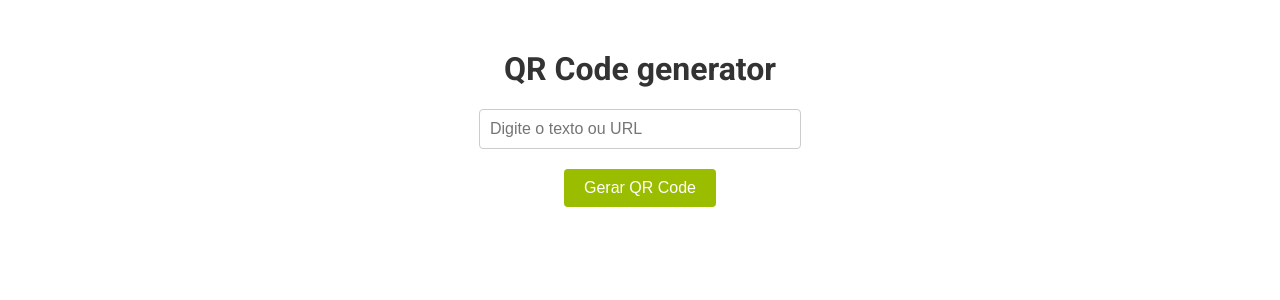
Repository: lenx0/QRCode-generator
Page: /
The author's editor kept a copy of each file at every save. The page is drawn from the files as they stood at one save, then again after the next save.
The browser window is 1280 px wide. The pictures show the whole page.
The project was rebuilt for these pictures with package versions that can differ from the ones it lists, and the page was loaded fresh each time. Also part of the build but not shown: vite.config.ts.

Above is the page before, as saved 2024-06-21 12:43:09.

### index.html
<!doctype html>
<html lang="en">
  <head>
    <meta charset="UTF-8" />
    <link rel="icon" type="image/svg+xml" href="/vite.svg" />
    <meta name="viewport" content="width=device-width, initial-scale=1.0" />
    <link href="https://fonts.googleapis.com/css2?family=Roboto:wght@400;700&display=swap" rel="stylesheet">

    <title>Vite + React + TS</title>
  </head>
  <body>
    <div id="root"></div>
    <script type="module" src="/src/main.tsx"></script>
  </body>
</html>

### src/App.tsx
import QRCode from "./QRCode"
import "./App.css"

function App() {
  return (
    <QRCode />
  )
}

export default App

### src/QRCode.tsx
import React, { useState, ChangeEvent } from 'react';
import QRCode from 'qrcode.react';

const QRCodeGenerator: React.FC = () => {
  const [inputText, setInputText] = useState<string>('');
  const [qrCodeValue, setQrCodeValue] = useState<string>('');

  const handleChange = (e: ChangeEvent<HTMLInputElement>) => {
    setInputText(e.target.value);
  };

  const generateQRCode = () => {
    setQrCodeValue(inputText);
  };

  return (
    <div style={{ textAlign: 'center', marginTop: '50px' }}>
      <h1>QR Code generator</h1>
      <input
        type="text"
        value={inputText}
        onChange={handleChange}
        placeholder="Digite o texto ou URL"
        style={{ padding: '10px', width: '300px', marginBottom: '20px' }}
      />
      <br />
      <button onClick={generateQRCode} style={{ padding: '10px 20px', cursor: 'pointer' }}>
        Gerar QR Code
      </button>
      <div style={{ marginTop: '30px' }}>
        {qrCodeValue && <QRCode value={qrCodeValue} />}
      </div>
    </div>
  );
};

export default QRCodeGenerator;

### src/App.css
body {
  font-family: 'Roboto', sans-serif;
}

.App {
  display: flex;
  justify-content: center;
  align-items: center;
  height: 100vh;
  background-color: #f0f0f0;
}

h1 {
  color: #333;
}

input {
  font-size: 16px;
  border: 1px solid #ccc;
  border-radius: 4px;
}

button {
  font-size: 16px;
  border: none;
  border-radius: 4px;
  background-color: #9abd00;
  color: white;
}

button:hover {
  background-color: #0056b3;
}

Loaded but not shown: src/main.tsx (common file); src/index.css (common file)

After the next save:
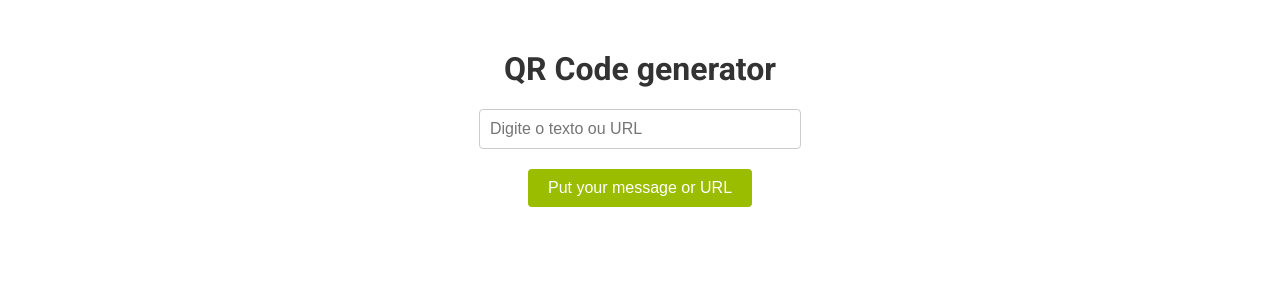
Saved 17 s later.
--- a/src/QRCode.tsx
+++ b/src/QRCode.tsx
@@ -25,7 +25,7 @@
       />
       <br />
       <button onClick={generateQRCode} style={{ padding: '10px 20px', cursor: 'pointer' }}>
-        Gerar QR Code
+        Put your message or URL
       </button>
       <div style={{ marginTop: '30px' }}>
         {qrCodeValue && <QRCode value={qrCodeValue} />}

After the save that followed:
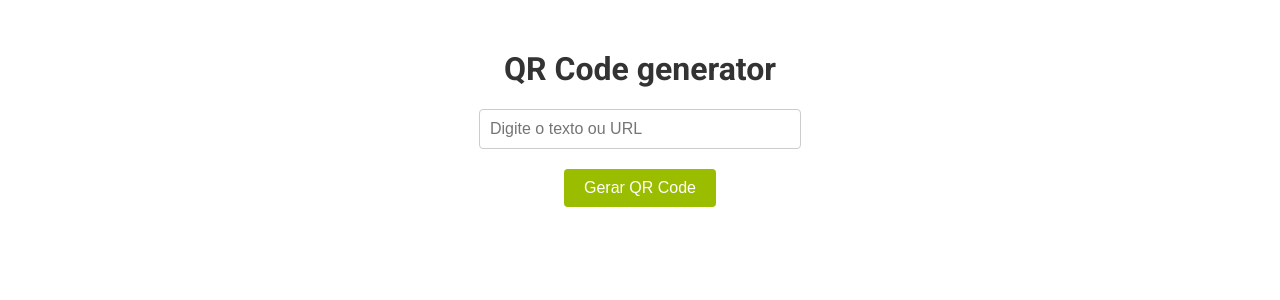
Saved 11 s later.
--- a/src/QRCode.tsx
+++ b/src/QRCode.tsx
@@ -25,7 +25,7 @@
       />
       <br />
       <button onClick={generateQRCode} style={{ padding: '10px 20px', cursor: 'pointer' }}>
-        Put your message or URL
+        Gerar QR Code
       </button>
       <div style={{ marginTop: '30px' }}>
         {qrCodeValue && <QRCode value={qrCodeValue} />}
